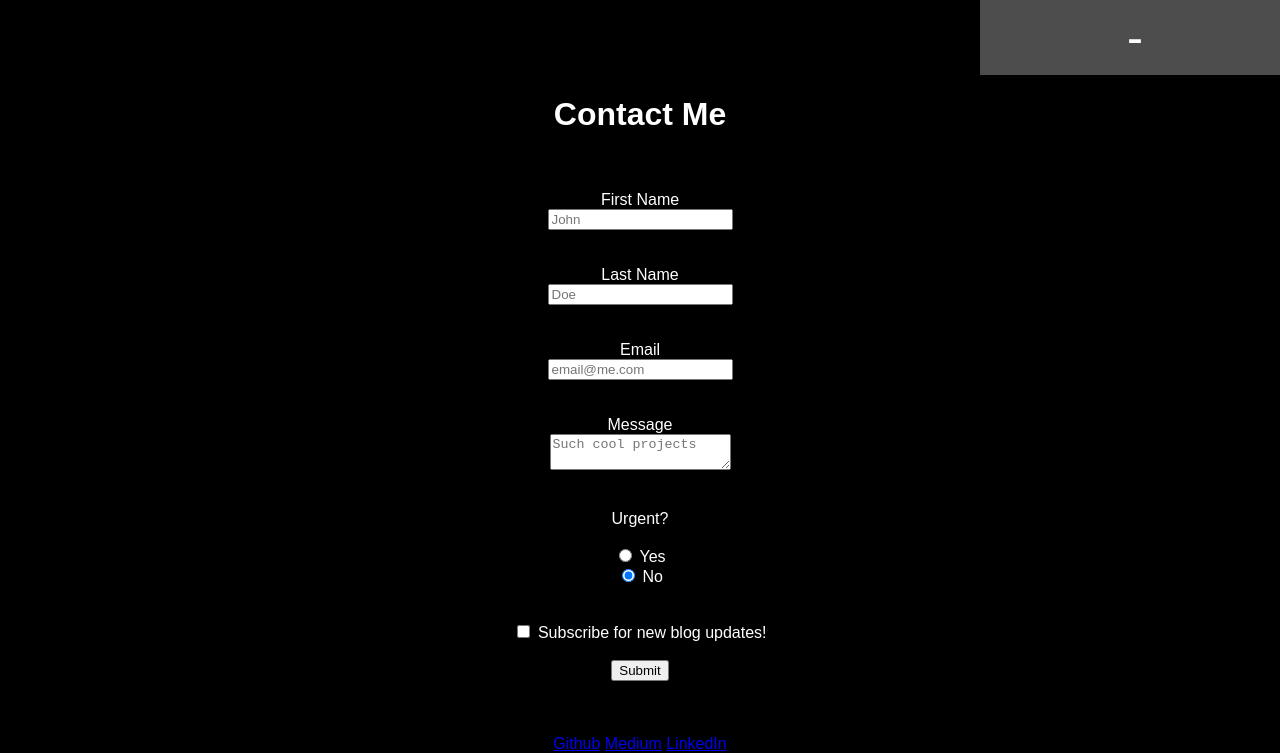
Repository: SamirIngley/html-semantic
Page: templates/contact.html
An editor plug-in stored every save of this project. The page is shown before and after the next save, followed by the edit.
The browser window is 1280 px wide. The pictures show the whole page.

Above is the page before, as saved 2020-01-30 11:07:40.

After the next save:
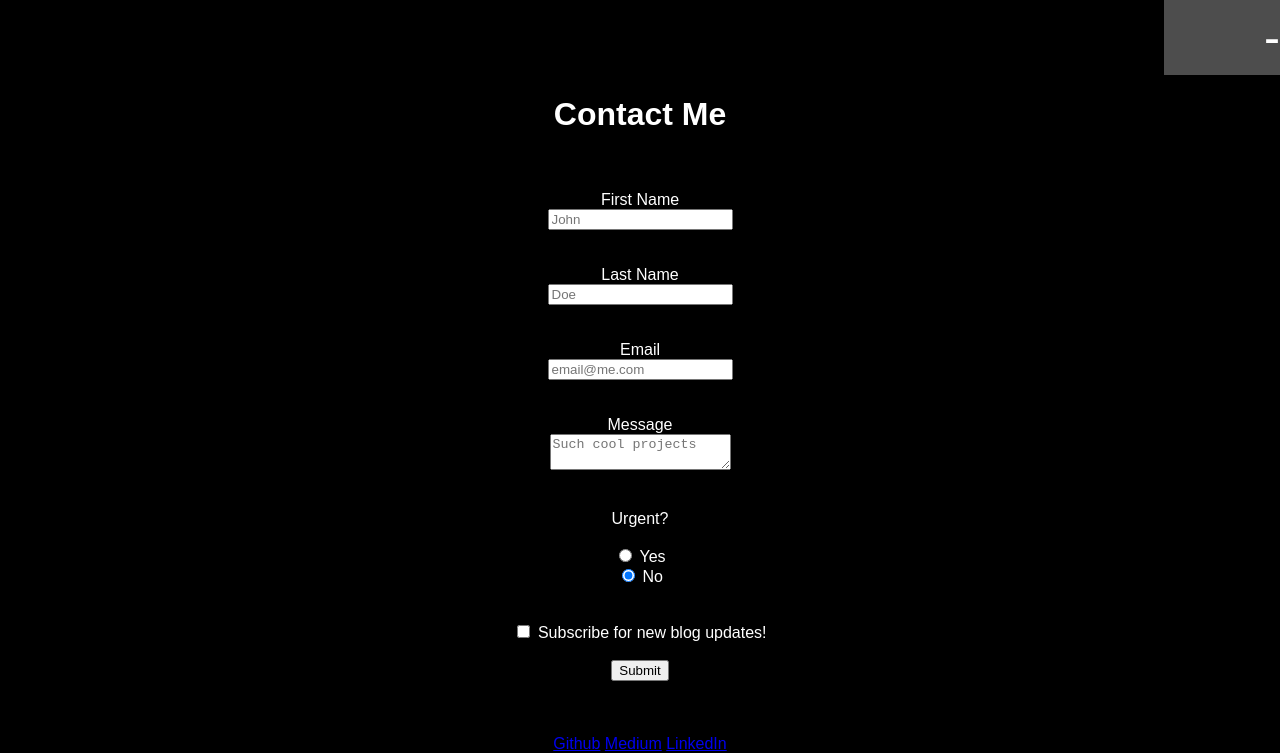
Saved 36 s later.
--- a/templates/CSS/style.css
+++ b/templates/CSS/style.css
@@ -84,11 +84,9 @@ ul {
 
 .dropbtn {
   background-color: rgba(211, 210, 210, 0.363);
-  min-width: 300px;
-
   color: white;
   /* padding: 60px; */
-  padding: 10px 0px 10px 10px;
+  padding: 10px 0px 10px 100px;
 
   font-size: 3em;
   border: 16px;
